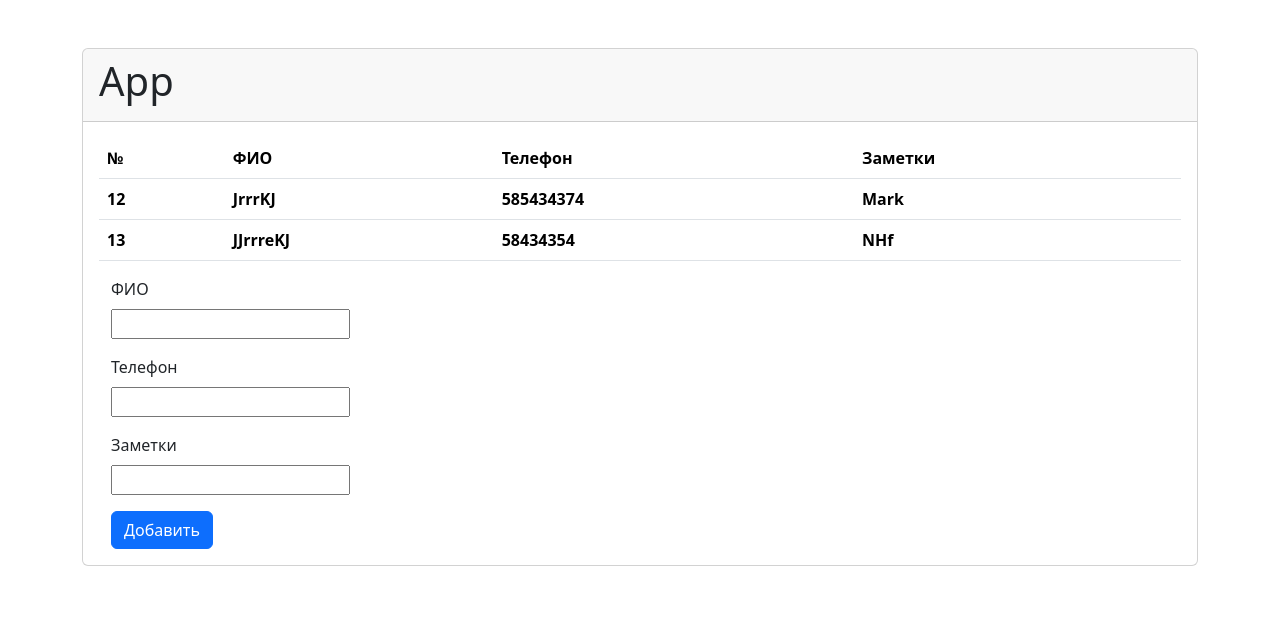
Repository: tatacheba/appstepikjavareact
Page: / (app in client/)
The author's editor kept a copy of each file at every save. The page is drawn from the files as they stood at one save, then again after the next save.
The browser window is 1280 px wide. The pictures show the whole page.
The project was rebuilt for these pictures with package versions that can differ from the ones it lists, and the page was loaded fresh each time. Also part of the build but not shown: client/src/App.css.

Above is the page before, as saved 2024-11-27 14:44:47.

### client/public/index.html
<!DOCTYPE html>
<html lang="en">
    <head>
        <meta charset="utf-8" />
        <link rel="icon" href="%PUBLIC_URL%/favicon.ico" />
        <meta name="viewport" content="width=device-width, initial-scale=1" />
        <meta name="theme-color" content="#000000" />
        <meta
            name="description"
            content="Web site created using create-react-app"
        />
        <link rel="apple-touch-icon" href="%PUBLIC_URL%/logo192.png" />
        <link
            href="https://cdn.jsdelivr.net/npm/bootstrap@5.3.3/dist/css/bootstrap.min.css"
            rel="stylesheet"
            integrity="sha384-QWTKZyjpPEjISv5WaRU9OFeRpok6YctnYmDr5pNlyT2bRjXh0JMhjY6hW+ALEwIH"
            crossorigin="anonymous"
        />
        <!--
      manifest.json provides metadata used when your web app is installed on a
      user's mobile device or desktop. See https://developers.google.com/web/fundamentals/web-app-manifest/
    -->
        <link rel="manifest" href="%PUBLIC_URL%/manifest.json" />

        <title>App of Stepik</title>
    </head>
    <body>
        <div id="root"></div>
        <script
            src="https://cdn.jsdelivr.net/npm/bootstrap@5.3.3/dist/js/bootstrap.bundle.min.js"
            integrity="sha384-YvpcrYf0tY3lHB60NNkmXc5s9fDVZLESaAA55NDzOxhy9GkcIdslK1eN7N6jIeHz"
            crossorigin="anonymous"
        ></script>
    </body>
</html>

### client/src/index.js
import React from "react";
import ReactDOM from "react-dom/client";
import "./index.css";
import App from "./App";
import "bootstrap/dist/css/bootstrap.min.css";
import "bootstrap/dist/js/bootstrap.bundle.min.js";

const root = ReactDOM.createRoot(document.getElementById("root"));
root.render(
    <React.StrictMode>
        <App />
    </React.StrictMode>
);

### client/src/App.js
import "./App.css";
import TablewView from "./layouts/tableView/TablewView";
import { useState } from "react";
import FormNewItem from "./layouts/formNewItem/FormNewItem";

function App() {
    const [items, setItem] = useState([
        { id: 12, fullName: "JrrrKJ", phone: 585434374, notes: "Mark" },
        { id: 13, fullName: "JJrrreKJ", phone: 58434354, notes: "NHf" },
    ]);

    function appendContact() {
        const contact = {
            id: 15,
            fullName: "ннннн",
            phone: 585444,
            notes: "FFFF",
        };
        items[0].fullName = "Bpvtyt";
        setItem([...items, contact]);
        console.log(items);
    }

    return (
        <div className="container mt-5">
            <div className=" card">
                <div className="card-header">
                    <h1>App</h1>
                </div>
                <div className="card-body">
                    <TablewView data={items} />
                    <FormNewItem appendContact={appendContact} />
                </div>
            </div>
        </div>
    );
}

export default App;

### client/src/layouts/tableView/TablewView.js
import React from "react";
import TableRowItem from "./components/TableRowItem";

const TablewView = (props) => {
    return (
        <table className="table table-hover">
            <thead>
                <tr>
                    <th scope="col">№</th>
                    <th scope="col">ФИО</th>
                    <th scope="col">Телефон</th>
                    <th scope="col">Заметки</th>
                </tr>
            </thead>
            <tbody>
                {props.data.map((item) => (
                    <TableRowItem contact={item} />
                ))}
            </tbody>
        </table>
    );
};
export default TablewView;

### client/src/layouts/formNewItem/FormNewItem.js
import React from "react";

function FormNewItem(props) {
    return (
        <div className="container-fluid">
            <form>
                <label className="form-label">ФИО</label>
                <div className="mb-3 ">
                    <input type="text" />
                </div>
                <label className="form-label">Телефон</label>
                <div className="mb-3">
                    <input type="textarea" />
                </div>
                <label className="form-label">Заметки</label>
                <div className="mb-3">
                    <input type="text" />
                </div>
                <button
                    className="btn btn-primary"
                    onClick={props.appendContact}
                    type="button"
                >
                    Добавить
                </button>
            </form>
        </div>
    );
}

export default FormNewItem;

### client/src/layouts/tableView/components/TableRowItem.js
import React from "react";

const TableRowItem = (props) => {
    return (
        <tr>
            <th scope="row">{props.contact.id}</th>
            <th>{props.contact.fullName}</th>
            <th>{props.contact.phone}</th>
            <th>{props.contact.notes}</th>
        </tr>
    );
};

export default TableRowItem;

Loaded but not shown: client/src/index.css (common file)

After the next save:
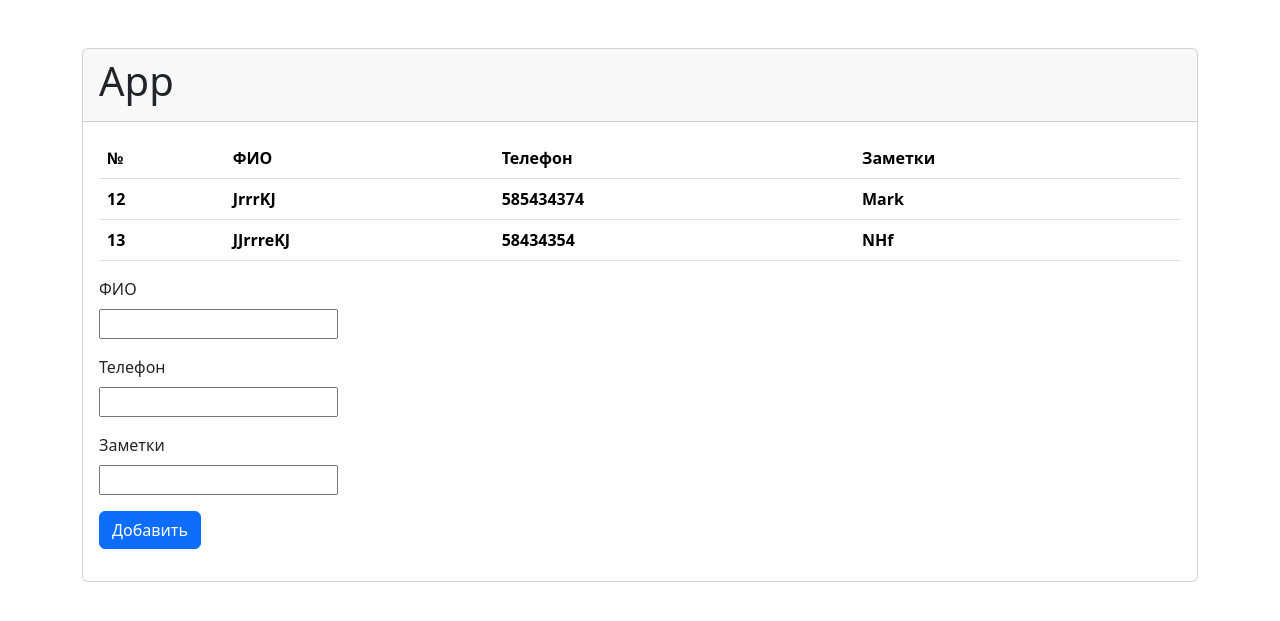
Saved 92 s later.
--- a/client/src/layouts/formNewItem/FormNewItem.js
+++ b/client/src/layouts/formNewItem/FormNewItem.js
@@ -2,7 +2,7 @@ import React from "react";
 
 function FormNewItem(props) {
     return (
-        <div className="container-fluid">
+        <div className="mb-3">
             <form>
                 <label className="form-label">ФИО</label>
                 <div className="mb-3 ">
